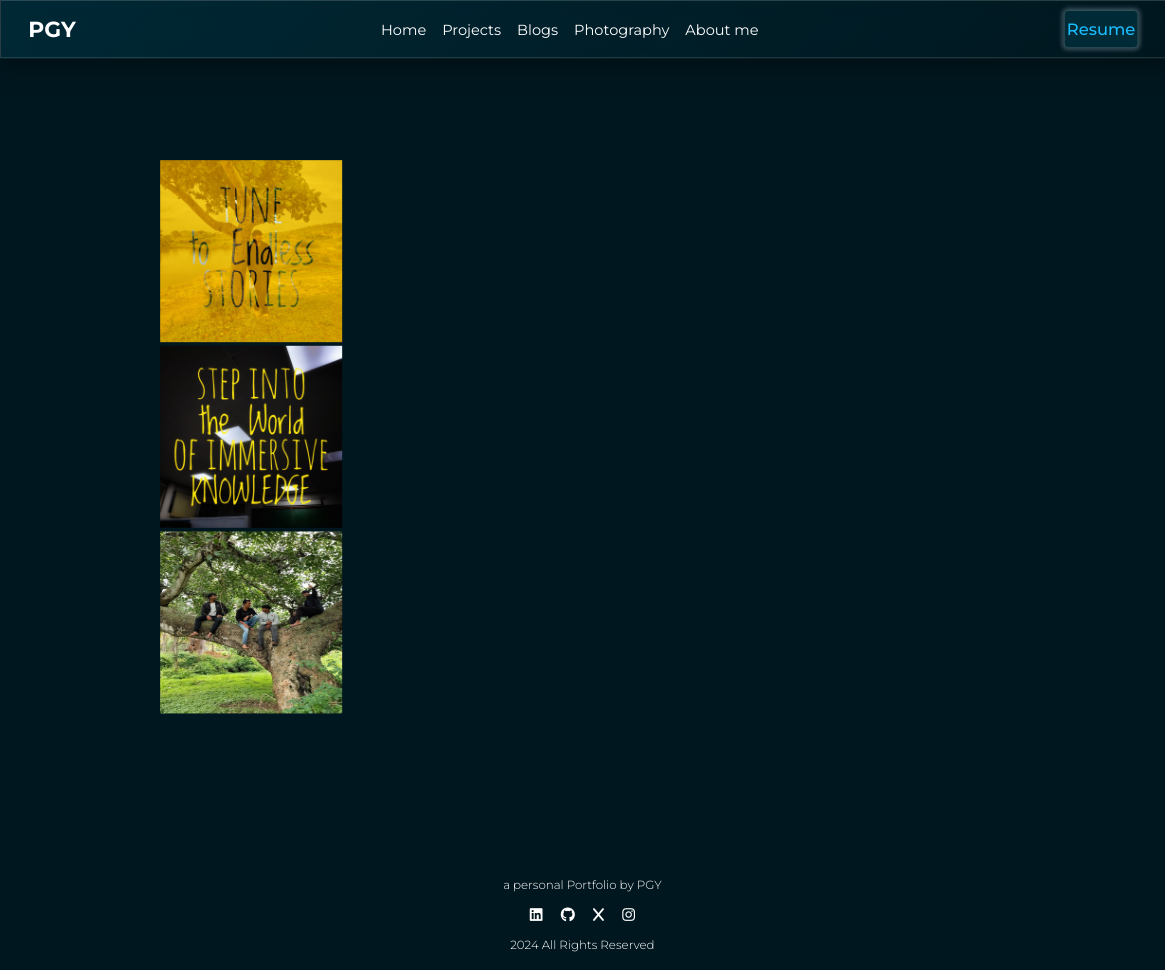
Repository: pgyunknown/pgyunknown
Page: photography.html
The author's editor kept a copy of each file at every save. The page is drawn from the files as they stood at one save, then again after the next save.
The browser window is 1280 px wide. The pictures show the whole page, at 91% of full size.
Some web libraries are served in a nearby version.

Above is the page before, as saved 2024-08-22 10:55:14.

### photography.html
<!DOCTYPE html>
<html lang="en">
<head>
    <meta charset="UTF-8">
    <meta name="viewport" content="width=device-width, initial-scale=1.0">
    <title>Personal portfolio</title>
    <link rel="stylesheet" href="photography.css">
    <link rel="preconnect" href="https://fonts.googleapis.com">
<link rel="preconnect" href="https://fonts.gstatic.com" crossorigin>
<link href="https://fonts.googleapis.com/css2?family=Libre+Baskerville:ital,wght@0,400;0,700;1,400&family=Montserrat:ital,wght@0,100..900;1,100..900&family=Titillium+Web:ital,wght@0,200;0,300;0,400;0,600;0,700;0,900;1,200;1,300;1,400;1,600;1,700&display=swap" rel="stylesheet">
<link rel="stylesheet" href="https://cdnjs.cloudflare.com/ajax/libs/font-awesome/6.6.0/css/all.min.css" integrity="sha512-Kc323vGBEqzTmouAECnVceyQqyqdsSiqLQISBL29aUW4U/M7pSPA/gEUZQqv1cwx4OnYxTxve5UMg5GT6L4JJg==" crossorigin="anonymous" referrerpolicy="no-referrer" />
</head>
<body>

    <header>
        <div class="pgy_con">
                <div class="pgy"><a href="#">PGY</a></div>
        </div>
        <nav>
                <div class="nav_bar">
                <a href="#" id="home">Home</a>
                <a href="#"id="projects">Projects</a>
                <a href="blog.html"id="blogs">Blogs</a>
                <a href="#"id="photo">Photography</a>
                <a href="#"id="About">About me</a>
                </div>
            </nav>
        <div class="resume_con">
                <button onclick="alert('Resume yet to be uploaded')">Resume</button>
        </div>
    </header>
<main>
      <div class="Box">
        <div class="container">
            <img src="imgs/personal.jpg" alt="Image 1">
            <div class="overlay">Text for Image 1</div>
        </div>
        <div class="container">
            <img src="imgs/professional.jpg" alt="Image 2">
            <div class="overlay">Text for Image 2</div>
        </div>
        <div class="container">
            <img src="imgs/WhatsApp Image 2024-08-16 at 18.34.26_5f8bc427.jpg" alt="Image 3">
            <div class="overlay">Text for Image 3</div>
        </div>
    </div>

</div>
</main>

<footer>
        <div class="footer_port">a personal Portfolio by PGY</div>
        <div class="footer_icons">
            <a href="https://www.linkedin.com/in/p-gokul-yadav-82548a295?utm_source=share&utm_campaign=share_via&utm_content=profile&utm_medium=android_app" alt="Gokul's linkedin profile" target="_blank"><i class="fa-brands fa-linkedin"></i></a>
            <a href="https://github.com/pgyunknown" alt="Gokul Github profile" target="_blank" alt="Gokul's Github profile" ><i class="fa-brands fa-github"></i></a>
            <a href=" https://x.com/cody_hunk?t=EkARfGCWhhBT_BHbby4DGw&s=08 " target="_blank" alt="Gokul's X profile" ><i class="fa-brands fa-x" ></i></a>
            <a href="#" target="_blank" alt="Gokul's fa-instagram profile" ><i class="fa-brands fa-instagram" ></i></a>
        </div>
        <div class="copyrights">2024 All Rights Reserved</div>
    </footer>
</body>
</html>

### photography.css
*{margin: 0px;
    padding: 0px;
}
body{
    background-color: #00171F;
    color: white;
    box-sizing: border-box;


}
a{
    text-decoration: none;
    color: inherit;
}

header{
    display: flex;
    justify-content: space-between;
    align-items: center;
    padding: 10px;
    /* Glassy effect */
    background: linear-gradient(135deg, rgba(0, 200, 255, 0.1), rgba(255, 255, 255, 0));
    backdrop-filter: blur(10px);
    -webkit-backdrop-filter: blur(10px);
    border:1px solid rgba(255, 255, 255, 0.18);
    box-shadow: 0 8px 32px 0 rgba(0, 0, 0, 0.37);

    overflow: hidden;
    position: fixed; /* Set the navbar to fixed position */
    top: 0; /* Position the navbar at the top of the page */
    width: 100%;
}

.pgy_con
{
    margin-left: 20px;
    font-family: "Montserrat", sans-serif;
    font-optical-sizing: auto;
    font-size: x-large;
    font-weight: 700;
    font-style: normal;
    align-items: end;

}

.pgy_con .pgy a{
    text-decoration: none;
}
.nav_bar {
        /* height: 50px; */
    width: 500px;
    display: flex;
    justify-content: space-evenly;

    transition-property: all;
    transition-timing-function: ease-in-out;
    transition-delay: 1s;


}

.nav_bar a{
    box-sizing: border-box;
    font-family: "Montserrat", sans-serif;
    font-optical-sizing: auto;
    font-weight: 400;
    font-style: normal
    text-decoration: none;
    justify-content: space-around;
    align-items: center;
    padding-top:10px;
    padding-bottom :10px;
    /* padding-right:10px ;
    padding-left:10px ; */
}

.nav_bar a:hover{
    color: #FFC107;
    text-shadow: #FFC107 0px 0px  1px;
    border-bottom: 0.5px solid #FFC107;


}


.resume_con {
    display: flex;
    justify-content: center;
    margin-right: 20px;
    background-color: #00171F;
    margin-right: 40px;
}
.resume_con button{
    background-color:rgba(0, 200, 255, 0.1);
    box-sizing: content-box;
    height: 2.5rem;
    width: 5rem;
    font-family: "Montserrat", sans-serif;
    font-optical-sizing: auto;
    font-size: large;
    font-weight: 500;
    font-style: normal;
    color: #1ABEFF;
    border: 0.0001px solid #3c555f;
    border-radius: 0.3rem;
    box-shadow: 0px 0px 5px 2px #3c555f;

}

.box{
    display: flex;
}

.image-container {
    position: relative;
    margin: 10px;
}

.image-container img {
    width: 300px;
    height: 200px;
    display: block;
}

.overlay {
    position: absolute;
    bottom: 0;
    left: 0;
    right: 0;
    background-color: rgba(0, 0, 0, 0.6);
    color: white;
    text-align: center;
    padding: 10px;
    opacity: 0;
    transition: opacity 0.5s ease;
}

.image-container:hover .overlay {
    opacity: 1;
}



footer{
    display: flex;
    flex-direction:column;
    justify-content: space-evenly;
    align-items: center;
    margin-bottom: 20px;

    font-family: "Montserrat", sans-serif;
    font-optical-sizing: auto;
    font-size: small;
    font-weight: 300;
    font-style: normal;
}

.footer_icons{
    display: flex;
    justify-content: center;
    align-items: center;
    width: 50px;
    height: 50px;
}



.copyrights{
    display: flex;
    justify-content: center;
    align-items: center;
}

.footer_icons a{
font-size: medium;
padding: 10px;
width: 50px;
height: 50px;
display: flex;
justify-content: center;
align-items: center;

}

@media (min-width:720px) {
    main {
        flex-direction: row;
        padding: 1rem;
        margin: 10rem;
    }

    .container img {
        height: 200px;
        width: 200px;
    }

    .text_intro {
        margin-left: 50px;
    }

    .nav_bar {
        width: 450px;
    }
}

After the next save:
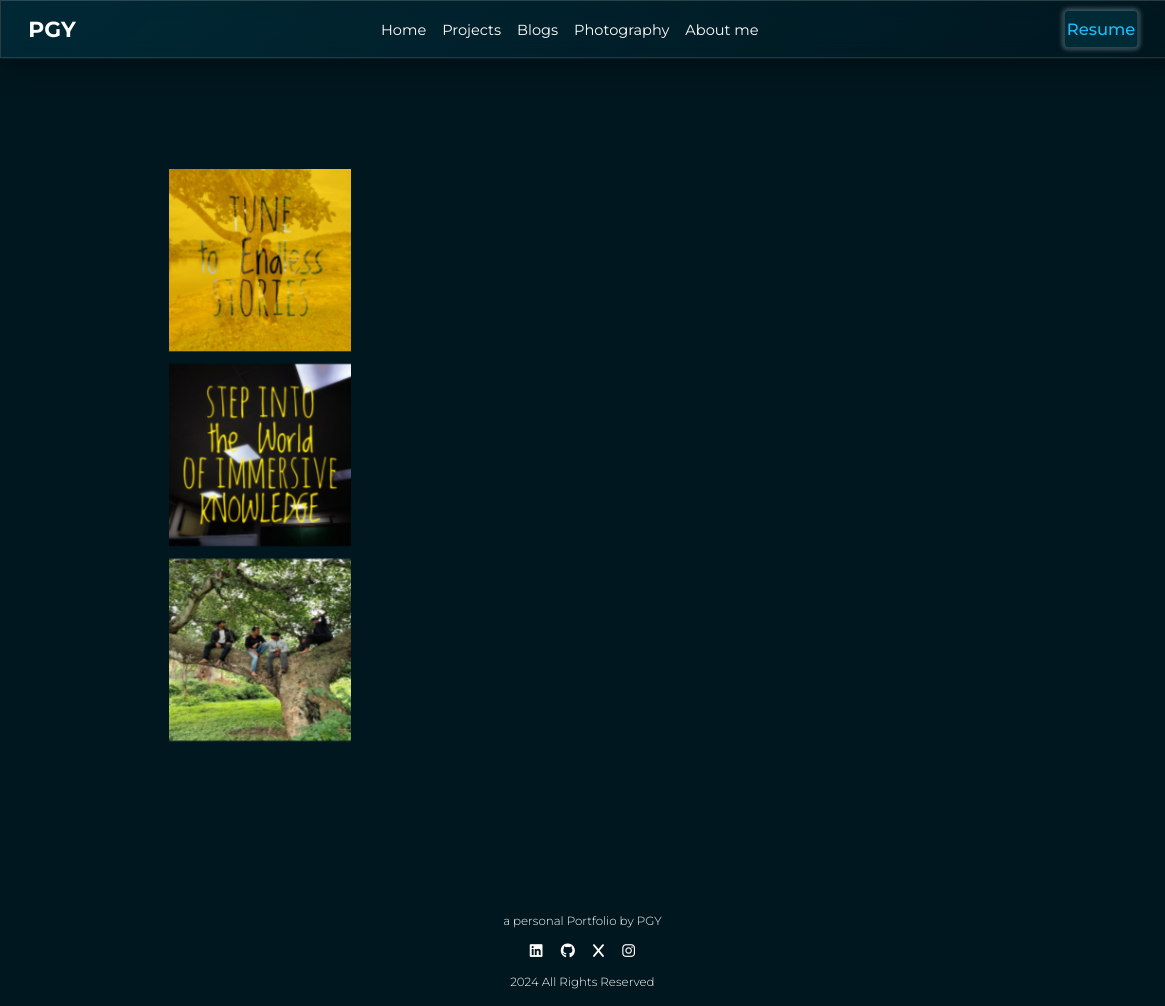
Saved 4 s later.
--- a/photography.css
+++ b/photography.css
@@ -111,7 +111,7 @@ header{
     display: flex;
 }
 
-.image-container {
+.container {
     position: relative;
     margin: 10px;
 }
